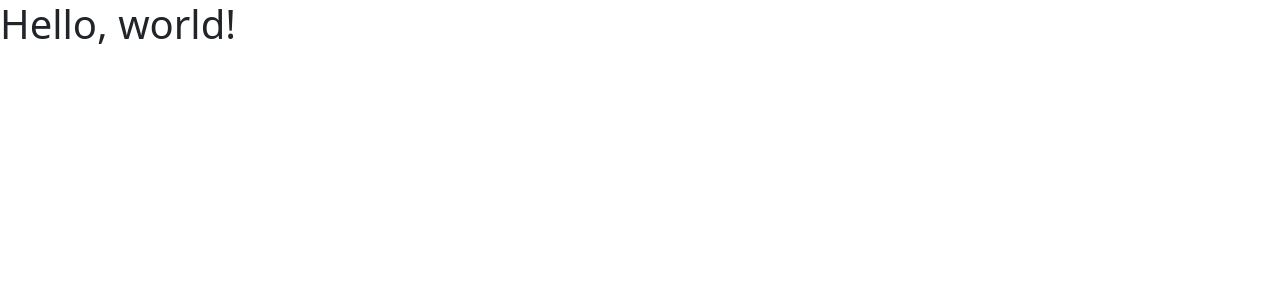
Repository: doncsar/couse-jobfinder-app
Page: templates/index.html
These files come from the project's save history. The page is drawn as it stood at one moment and after a run of saves; the edit follows.
The browser window is 1280 px wide. The pictures show the whole page.

Above is the page before, as saved 2023-12-17 10:44:47.

### templates/index.html
<!DOCTYPE html>
<html lang="en">
<head>
   <meta charset="UTF-8">
   <meta name="viewport" content="width=device-width, initial-scale=1.0">
   <title>Job Finder</title>
    <link href="https://cdn.jsdelivr.net/npm/bootstrap@5.2.3/dist/css/bootstrap.min.css" rel="stylesheet" integrity="sha384-rbsA2VBKQhggwzxH7pPCaAqO46MgnOM80zW1RWuH61DGLwZJEdK2Kadq2F9CUG65" crossorigin="anonymous">
    <link rel="stylesheet" href="../public/css/styles.css">
  </head>
  <body>
     <header>
       <nav class="navbar fixed-top navbar-expand-lg" navbar-light bg-light>
        <a href="index.html" class="navbar-brand"></a>
       </nav>
     </header>
    <h1>Hello, world!</h1>
    <script src="https://cdn.jsdelivr.net/npm/bootstrap@5.2.3/dist/js/bootstrap.bundle.min.js" integrity="sha384-kenU1KFdBIe4zVF0s0G1M5b4hcpxyD9F7jL+jjXkk+Q2h455rYXK/7HAuoJl+0I4" crossorigin="anonymous"></script>
  </body>
</html>

### public/css/styles.css
* {
   box-sizing: border-box;
   padding: 0;
   margin: 0;
}

After the next 9 saves:
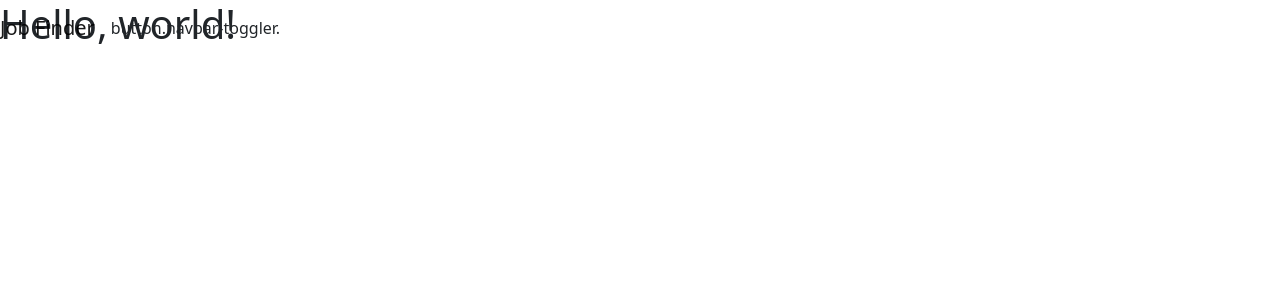
The 9 saves are shown as one change because they came seconds apart.
The last was saved 38 s later.
--- a/templates/index.html
+++ b/templates/index.html
@@ -10,7 +10,8 @@
   <body>
      <header>
        <nav class="navbar fixed-top navbar-expand-lg" navbar-light bg-light>
-        <a href="index.html" class="navbar-brand"></a>
+        <a href="index.html" class="navbar-brand">Job Finder</a>
+        button.navbar-toggler.
        </nav>
      </header>
     <h1>Hello, world!</h1>
